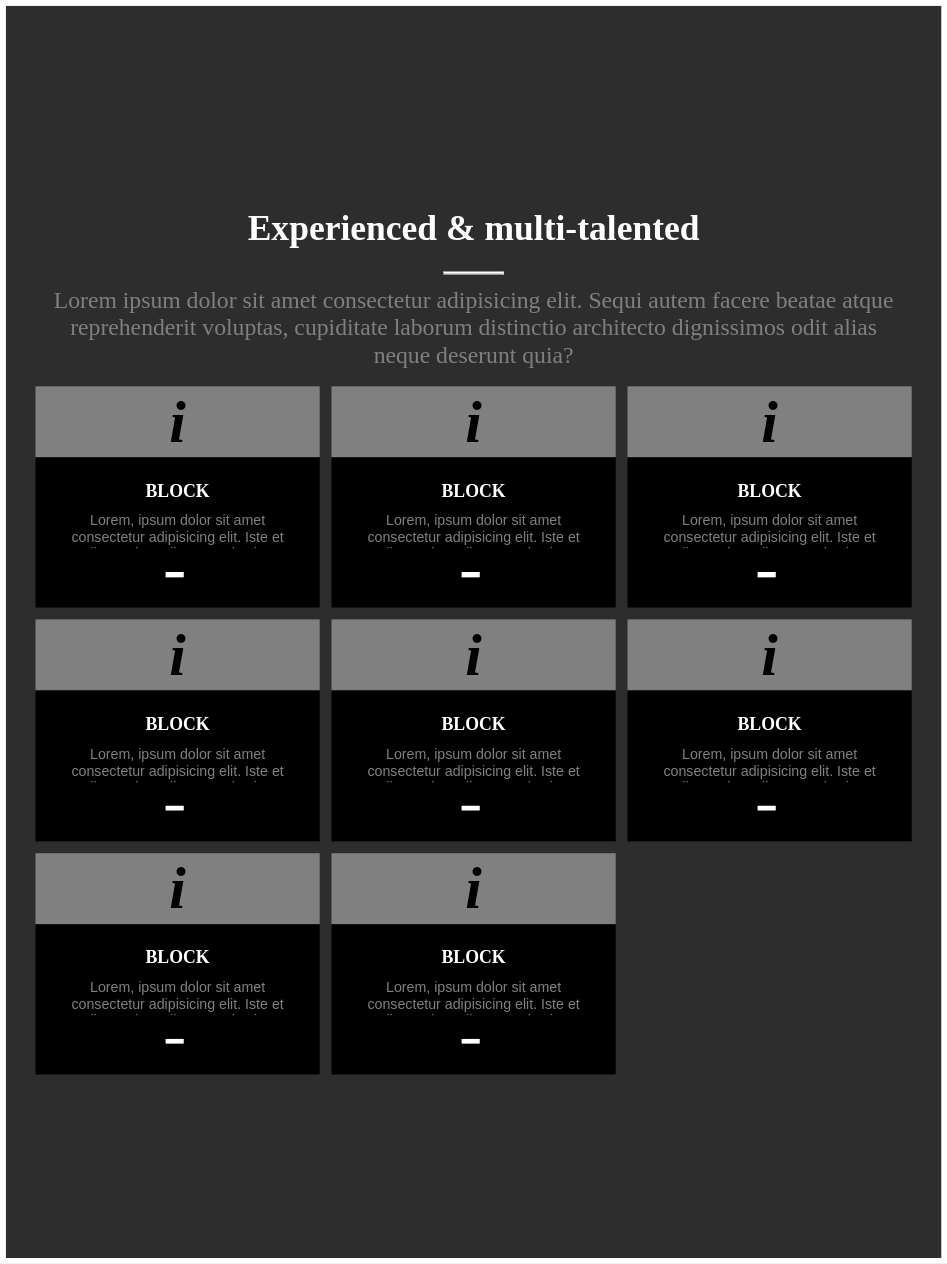
Repository: MohmdMHR/limesharp-test
Page: /
The author's editor kept a copy of each file at every save. The page is drawn from the files as they stood at one save, then again after the next save.
The browser window is 1280 px wide. The pictures show the whole page, at 74% of full size.
The project was rebuilt for these pictures with package versions that can differ from the ones it lists, and the page was loaded fresh each time. Also part of the build but not shown: vue.config.js.

Above is the page before, as saved 2022-07-20 18:17:52.

After the next save:
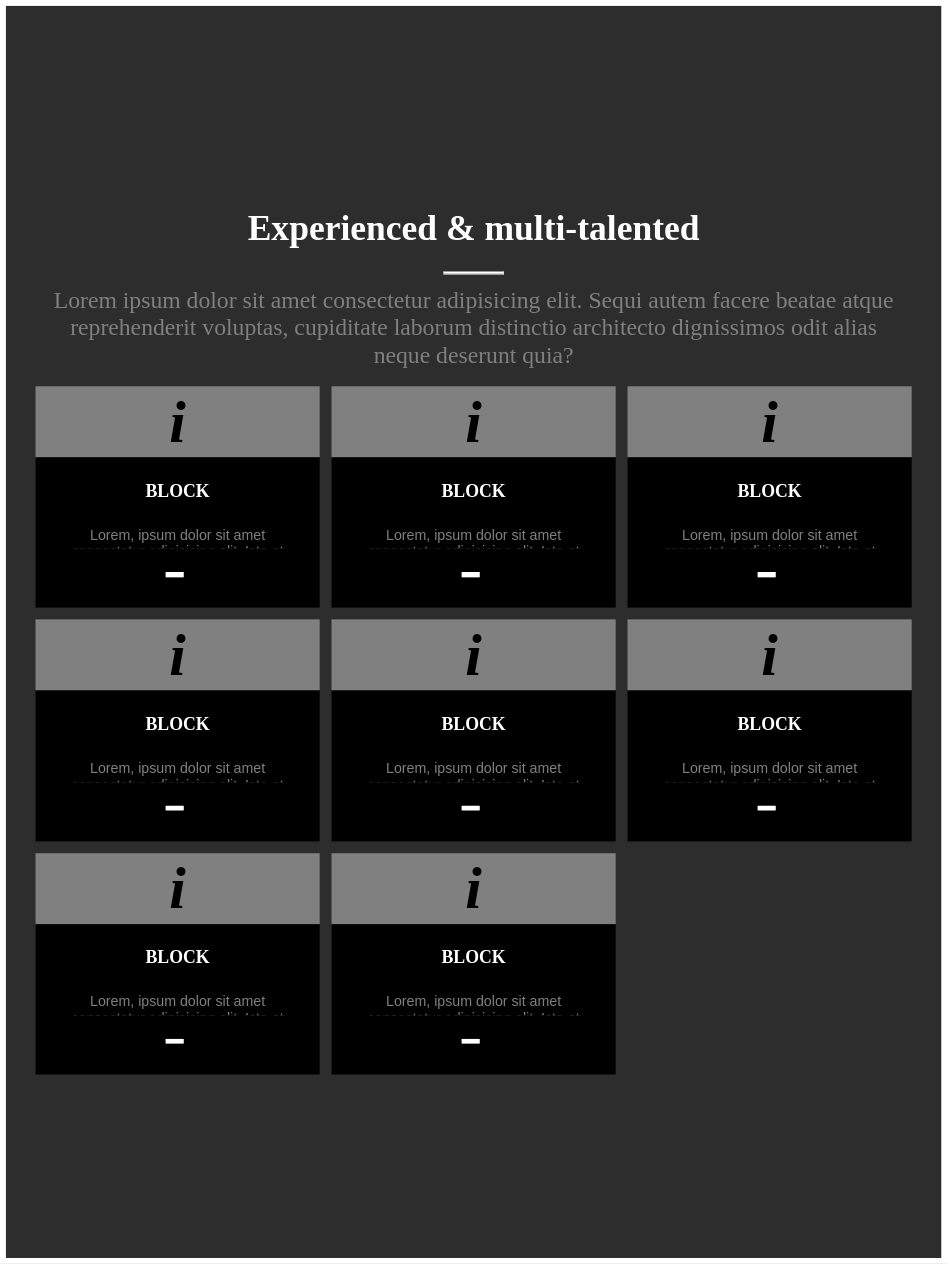
Saved 7 min 43 s later.
--- a/src/components/card.vue
+++ b/src/components/card.vue
@@ -4,10 +4,15 @@
       <div class="card-banner-img">i</div>
       <div class="card-content">
         <h1 class="card-content-title">{{ title }}</h1>
-        <p class="card-content-text" :class="{ collapsed: collapsed }">
-          Lorem, ipsum dolor sit amet consectetur adipisicing elit. Iste et
-          ullam voluptatibus a molestiae deleniti necessitatibus dolor.
-        </p>
+        <div
+          class="card-content-text-container"
+          :class="{ collapsed: collapsed }"
+        >
+          <p :class="{ collapsed: collapsed }">
+            Lorem, ipsum dolor sit amet consectetur adipisicing elit. Iste et
+            ullam voluptatibus a molestiae deleniti necessitatibus dolor.
+          </p>
+        </div>
         <div
           class="card-btn"
           :class="{ toggled: collapsed }"
@@ -68,7 +73,7 @@
 
   font-size: 1.5rem;
 }
-.card-content-text {
+.card-content-text-container {
   color: gray;
   text-align: center;
   height: 3rem;
@@ -78,6 +83,11 @@
   font-size: 1.2rem;
   &.collapsed {
     height: 100%;
+  }
+}
+.card-content-text {
+  &.collapsed {
+    position: absolute;
     z-index: 1;
   }
 }

After the save that followed:
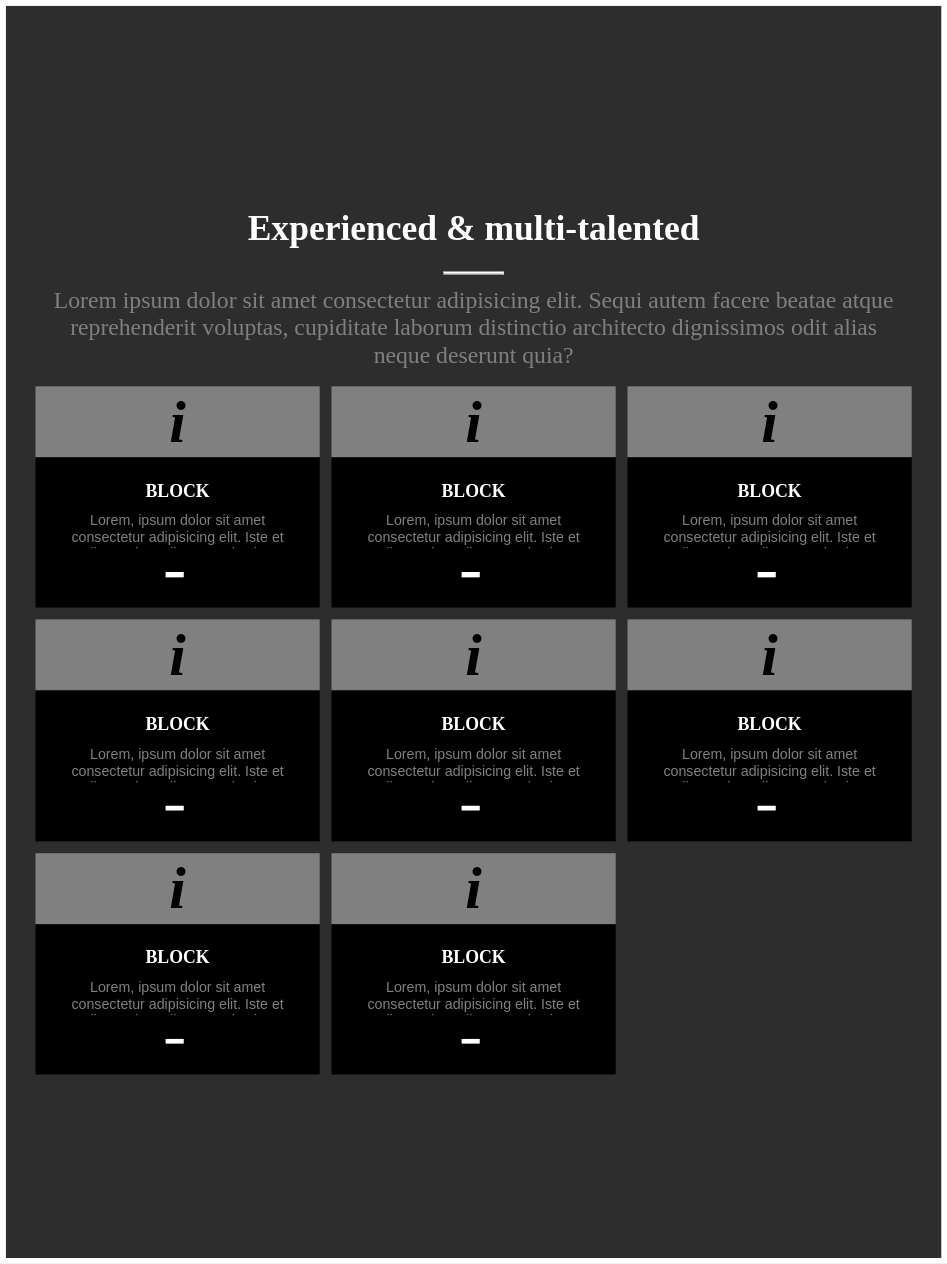
Saved 91 s later.
--- a/src/components/card.vue
+++ b/src/components/card.vue
@@ -4,15 +4,10 @@
       <div class="card-banner-img">i</div>
       <div class="card-content">
         <h1 class="card-content-title">{{ title }}</h1>
-        <div
-          class="card-content-text-container"
-          :class="{ collapsed: collapsed }"
-        >
-          <p :class="{ collapsed: collapsed }">
-            Lorem, ipsum dolor sit amet consectetur adipisicing elit. Iste et
-            ullam voluptatibus a molestiae deleniti necessitatibus dolor.
-          </p>
-        </div>
+        <p class="card-content-text" :class="{ collapsed: collapsed }">
+          Lorem, ipsum dolor sit amet consectetur adipisicing elit. Iste et
+          ullam voluptatibus a molestiae deleniti necessitatibus dolor.
+        </p>
         <div
           class="card-btn"
           :class="{ toggled: collapsed }"
@@ -73,7 +68,7 @@
 
   font-size: 1.5rem;
 }
-.card-content-text-container {
+.card-content-text {
   color: gray;
   text-align: center;
   height: 3rem;
@@ -83,11 +78,6 @@
   font-size: 1.2rem;
   &.collapsed {
     height: 100%;
-  }
-}
-.card-content-text {
-  &.collapsed {
-    position: absolute;
     z-index: 1;
   }
 }
